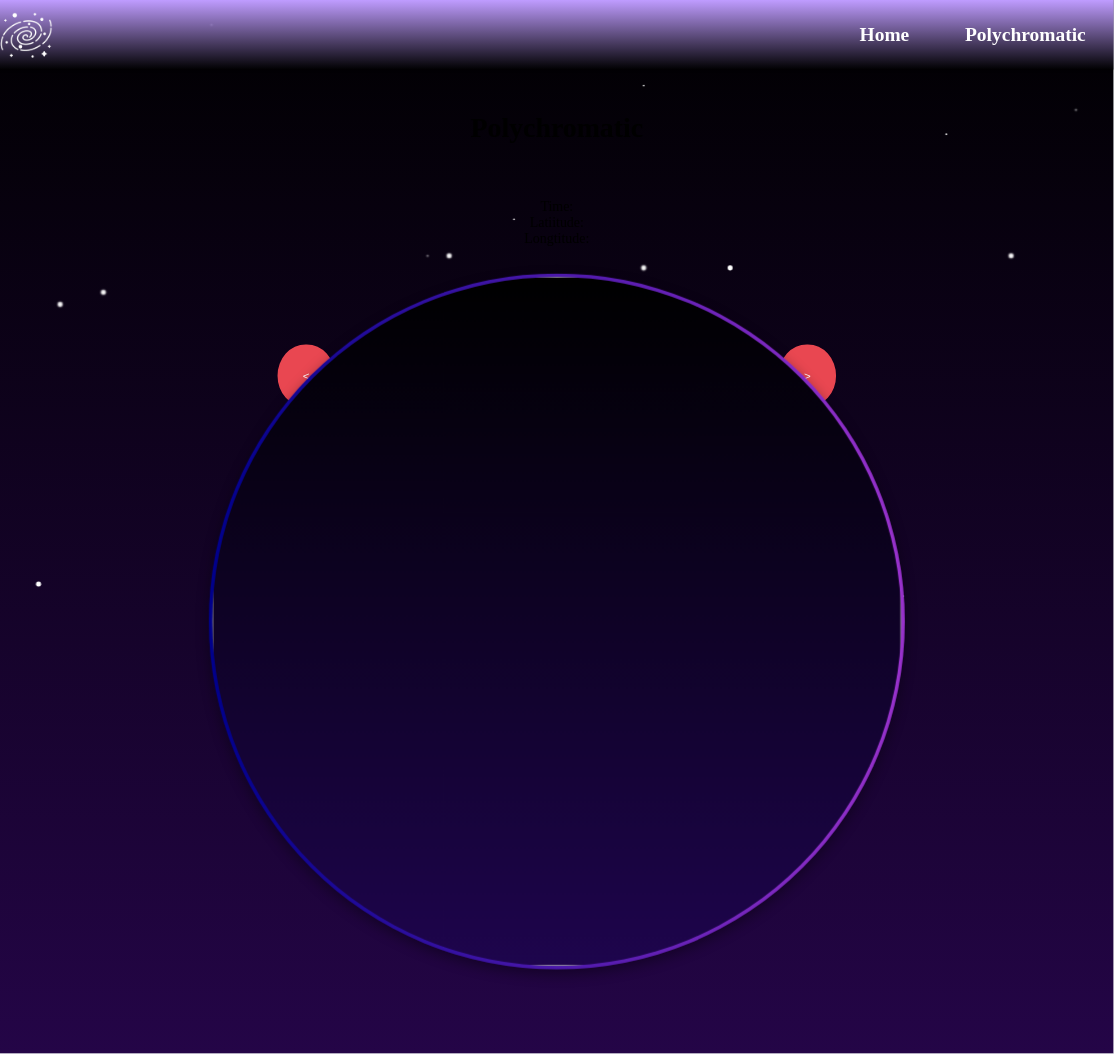
Repository: KayceeNguyen/DAI_W07_NASA
Page: /polychromatic
The author's editor kept a copy of each file at every save. The page is drawn from the files as they stood at one save, then again after the next save.
The browser window is 1280 px wide. The pictures show the whole page, at 87% of full size.
The page's requests for data from a server got no answer. The project was rebuilt for these pictures with package versions that can differ from the ones it lists, and the page was loaded fresh each time. The framework's server and built-in components were replaced by stand-ins that run in the browser. No one was signed in, and anything a server would have sent is missing. Also part of the build but not shown: next.config.js.

Above is the page before, as saved 2023-02-17 01:34:53.

### pages/polychromatic.js
import { useEffect, useState } from "react"
import axios from "axios";
import Image from "next/image";
import styles from '@/styles/Home.module.css'
import HeaderBar from '@/comps/header'
import Galaxy from '@/comps/galaxy'
import Head from 'next/head'

export default function Polychromatic() {

    const [image, setImage] = useState([]);
    const [images, setImages] = useState([]);
    const [time, setTime] = useState([]);
    const [date, setDate] = useState('');
    const [coords, setCoords] = useState({})

    const [active, setActive] = useState(false);

    const [currentIndex, setCurrentIndex] = useState(0);

    const apiKey = "qO706hvtrjKPLwTwuCZ9XYxHnUPvhtQHSM6Ncmu8";
    const url = `https://epic.gsfc.nasa.gov/api/natural?api_key=${apiKey}`

    const getPolychromaticData = async () => {
        const res = await axios.get(url);
        const data = await res.data;
        console.log(data)

        const caption = data[currentIndex].caption;
        const date = data[currentIndex].date.split(" ")[0];


        const date_formatted = date.replaceAll("-","/")
        console.log(date_formatted);

        let times = [];
        let images = [];

    for (let i = 0; i < data.length; i++) {
    let time = data[i].date.split(" ")[1];
    let coords = data[i].centroid_coordinates;
    let imagePath = data[i].image;
    let image = `https://epic.gsfc.nasa.gov/archive/natural/${date_formatted}/png/${imagePath}.png`;

    times.push(time);

    images.push({
        image: image,
        time: time,
        coords: coords,
        caption: caption
    });
}

    setImages(images);
    setTime(times[0]);
    setCoords([images[0].coords.lat, images[0].coords.lon]);
    setImage(images[currentIndex]);

}

    useEffect(() => {
        getPolychromaticData();
    }, [currentIndex]);

    const nextImage = () => {
        setCurrentIndex((currentIndex + 1) % images.length);
    };

    const prevImage = () => {
        setCurrentIndex(
          currentIndex === 0 ? images.length - 1 : currentIndex - 1
        );
    };

    const handleImageLoad = () => {
        setActive(true);
      }

    return(
        <>

        <Head>
          <title>NASA TechPort & EPIC API</title>
          <meta name="description" content="The website showcases NASA's technologies using the TechPort and PIC API and offers daily full disc imagery of the Earth and unique astronomical events. Users can discover the technologies NASA is developing in propulsion, nanotechnology, robotics, and human health while enjoying stunning images of the universe." />
          <meta name="viewport" content="width=device-width, initial-scale=1" />
          <link rel="icon" href="/galaxy.png" />
        </Head>

            <HeaderBar />

            <Galaxy />



            <main className={styles.main}>
                <h1>Polychromatic</h1>
                <div className={styles.arrowContainer}>
                        <button className={styles.arrow} onClick={prevImage}>
                            &lt;
                        </button>
                        <button className={styles.arrow} onClick={nextImage}>
                            &gt;
                        </button>
                    </div>
                <div className={styles.bigEarthContainer}>
                    <div className={styles.bigEarthText}>
                        <div>Time: {image.time}</div>
                        <div>Latiitude: {coords[0]}</div>
                        <div>Longtitude: {coords[1]}</div>
                    </div>

                    <Image
                        src={image.image}
                        alt={image.caption}
                        width={800}
                        height={800}
                        className={`${styles.earthImage} ${active ? styles.active : ''}`}
                        onLoad={handleImageLoad}

                    />

                    {/* <div onClick={nextImage} className={styles.arrow}>
                        {">"}
                    </div> */}

                </div>




                {/* <table>
                    <thead>
                        <tr>
                            <th>Time</th>
                            <th>Latitude</th>
                            <th>Longtitude</th>
                            <th>Image</th>
                            <th></th>
                        </tr>
                    </thead>

                    <tbody>
                        {
                            images.map((e, i) => {
                                return (
                                    <tr key={i}>
                                        <td>{e.time}</td>
                                        <td>{e.coords.lat}</td>
                                        <td>{e.coords.lon}</td>
                                        <td>
                                            <Image
                                                src={e.image}
                                                alt={i}
                                                width={200}
                                                height={200}
                                            />
                                        </td>

                                        <td>
                                            <button onClick={() => {
                                                setImage(e.image)
                                                setTime(e.time)
                                                setCoords([e.coords.lat, e.coords.lon])
                                                console.log(image[i].image)
                                                document.body.scrollIntoView();

                                            }}>View</button>
                                        </td>
                                    </tr>
                                )
                            })
                        }
                    </tbody>
                </table> */}
            </main>
        </>
    )
}

### styles/Home.module.css
.main {
  display: flex;
  flex-direction: column;
  justify-content: space-between;
  align-items: center;
  padding: 6rem;
  min-height: 100vh;
  background: linear-gradient(180deg, rgb(0, 0, 0) 0%, rgb(36, 5, 71) 100%);
  animation: Gradient 10s ease infinite; /* Animate the gradient */
  -webkit-animation: Gradient 8s ease infinite;
	-moz-animation: Gradient 8s ease infinite;
}

@-webkit-keyframes Gradient {
  0%{background-position:0% 50%}
  50%{background-position:100% 50%}
  100%{background-position:0% 50%}
}
@-moz-keyframes Gradient {
  0%{background-position:0% 50%}
  50%{background-position:100% 50%}
  100%{background-position:0% 50%}
}
@keyframes Gradient {
  0%{background-position:0% 50%}
  50%{background-position:100% 50%}
  100%{background-position:0% 50%}
}

.description {
  display: inherit;
  justify-content: inherit;
  align-items: inherit;
  font-size: 0.85rem;
  max-width: var(--max-width);
  width: 100%;
  z-index: 2;
  font-family: var(--font-mono);
}

.description a {
  display: flex;
  justify-content: center;
  align-items: center;
  gap: 0.5rem;
}

.description p {
  position: relative;
  margin: 0;
  padding: 1rem;
  background-color: rgba(var(--callout-rgb), 0.5);
  border: 1px solid rgba(var(--callout-border-rgb), 0.3);
  border-radius: var(--border-radius);
}

.code {
  font-weight: 700;
  font-family: var(--font-mono);
}

.grid {
  display: grid;
  grid-template-columns: repeat(4, minmax(25%, auto));
  width: var(--max-width);
  max-width: 100%;
}

.card {
  padding: 1rem 1.2rem;
  border-radius: var(--border-radius);
  background: rgba(var(--card-rgb), 0);
  border: 1px solid rgba(var(--card-border-rgb), 0);
  transition: background 200ms, border 200ms;
}

.card span {
  display: inline-block;
  transition: transform 200ms;
}

.card h2 {
  font-weight: 600;
  margin-bottom: 0.7rem;
}

.card p {
  margin: 0;
  opacity: 0.6;
  font-size: 0.9rem;
  line-height: 1.5;
  max-width: 30ch;
}

.center {
  display: flex;
  justify-content: center;
  align-items: center;
  position: relative;
  padding: 4rem 0;
}

.center::before {
  background: var(--secondary-glow);
  border-radius: 50%;
  width: 480px;
  height: 360px;
  margin-left: -400px;
}

.center::after {
  background: var(--primary-glow);
  width: 240px;
  height: 180px;
  z-index: -1;
}

.center::before,
.center::after {
  content: '';
  left: 50%;
  position: absolute;
  filter: blur(45px);
  transform: translateZ(0);
}

.logo,
.thirteen {
  position: relative;
}

.thirteen {
  display: flex;
  justify-content: center;
  align-items: center;
  width: 75px;
  height: 75px;
  padding: 25px 10px;
  margin-left: 16px;
  transform: translateZ(0);
  border-radius: var(--border-radius);
  overflow: hidden;
  box-shadow: 0px 2px 8px -1px #0000001a;
}

.thirteen::before,
.thirteen::after {
  content: '';
  position: absolute;
  z-index: -1;
}

/* Conic Gradient Animation */
.thirteen::before {
  animation: 6s rotate linear infinite;
  width: 200%;
  height: 200%;
  background: var(--tile-border);
}

/* Inner Square */
.thirteen::after {
  inset: 0;
  padding: 1px;
  border-radius: var(--border-radius);
  background: linear-gradient(
    to bottom right,
    rgba(var(--tile-start-rgb), 1),
    rgba(var(--tile-end-rgb), 1)
  );
  background-clip: content-box;
}

/* Enable hover only on non-touch devices */
@media (hover: hover) and (pointer: fine) {
  .card:hover {
    background: rgba(var(--card-rgb), 0.1);
    border: 1px solid rgba(var(--card-border-rgb), 0.15);
  }

  .card:hover span {
    transform: translateX(4px);
  }
}

@media (prefers-reduced-motion) {
  .thirteen::before {
    animation: none;
  }

  .card:hover span {
    transform: none;
  }
}

/* Mobile */
@media (max-width: 700px) {
  .content {
    padding: 4rem;
  }

  .grid {
    grid-template-columns: 1fr;
    margin-bottom: 120px;
    max-width: 320px;
    text-align: center;
  }

  .card {
    padding: 1rem 2.5rem;
  }

  .card h2 {
    margin-bottom: 0.5rem;
  }

  .center {
    padding: 8rem 0 6rem;
  }

  .center::before {
    transform: none;
    height: 300px;
  }

  .description {
    font-size: 0.8rem;
  }

  .description a {
    padding: 1rem;
  }

  .description p,
  .description div {
    display: flex;
    justify-content: center;
    position: fixed;
    width: 100%;
  }

  .description p {
    align-items: center;
    inset: 0 0 auto;
    padding: 2rem 1rem 1.4rem;
    border-radius: 0;
    border: none;
    border-bottom: 1px solid rgba(var(--callout-border-rgb), 0.25);
    background: linear-gradient(
      to bottom,
      rgba(var(--background-start-rgb), 1),
      rgba(var(--callout-rgb), 0.5)
    );
    background-clip: padding-box;
    backdrop-filter: blur(24px);
  }

  .description div {
    align-items: flex-end;
    pointer-events: none;
    inset: auto 0 0;
    padding: 2rem;
    height: 200px;
    background: linear-gradient(
      to bottom,
      transparent 0%,
      rgb(var(--background-end-rgb)) 40%
    );
    z-index: 1;
  }
}

/* Tablet and Smaller Desktop */
@media (min-width: 701px) and (max-width: 1120px) {
  .grid {
    grid-template-columns: repeat(2, 50%);
  }
}

@media (prefers-color-scheme: dark) {
  .vercelLogo {
    filter: invert(1);
  }

  .logo,
  .thirteen img {
    filter: invert(1) drop-shadow(0 0 0.3rem #ffffff70);
  }
}

@keyframes rotate {
  from {
    transform: rotate(360deg);
  }
  to {
    transform: rotate(0deg);
  }
}






/**************** HEADER STYLING ****************/



.header {
  position: fixed;
  z-index: 1;
  width: 100vw;
  display: flex;
  justify-content: center;
  align-items: center;
  height: 5rem;
  background: linear-gradient(180deg, rgb(191, 156, 255) 0%, rgba(0, 0, 0, 0.5) 100%);
  box-shadow: 0 2px 4px rgba(0, 0, 0, 0.1);
}

.headerIcon {
  filter: brightness(0) invert(1);
}

.nav {
  display: flex;
  justify-content: space-between;
  align-items: center;
  width: 100%;
  max-width: 80rem;
}

.navList {
  display: flex;
  list-style: none;
  margin: 0;
  padding: 0;
}

.navItem {
  margin-right: 2rem;
  margin-left: 2em;
}

/* .navItem > a > div.navLink:active {
  text-decoration: underline;
} */

.navLink {
  font-size: 1.4rem;
  font-weight: 600;
  color: #ffffff;
  text-decoration: none;
  transition: color 0.2s;
}

.navLink:hover {
  color: #fff644;
}




/**************** MAIN STYLING ****************/




.main {
  display: flex;
  flex-direction: column;
  justify-content: center;
  align-items: center;
  justify-items: center;
}




.main > h1 {
  padding: 1em 2em 2em 2em;
}

.bigCont {
  text-align: center;
}


/**************** CAROUSEL STYLING ****************/


.carousel {
  display: flex;
  justify-content: center;
  align-items: center;
  width: 100%;
  max-width: 800px;
  margin: 0 auto;
}

.carouselArrow {
  font-size: 2rem;
  color: rgb(255, 255, 255);
  cursor: pointer;
  background-color:transparent;
  border: 2px solid rgb(255, 255, 255, 1);
  width: 50px;
  height: 50px;
  border-radius: 50%;
  display: inline-flex;
  align-items: center;
  justify-content: center;
}

.carouselArrow:hover {
  color: rgb(31, 0, 54);
  box-shadow: 0 4px 6px rgba(255, 255, 255, 0.6);
  background-color:rgba(255, 255, 255, 0.8) ;
  transition: all 0.2s ease;
}

.carouselArrow:hover:after {
  left: 0;
  width: 100%;
}

.carouselArrow:active {
  top: 20px;
}

.carouselImageContainer {
  margin: 0 2rem;
  width: 400px;
  height: 400px;
  position: relative;
}

.carouselImageContainer img {
  position: absolute;
  top: 0;
  left: 0;
  width: 100%;
  height: 100%;
  object-fit: contain;
}

.imageCont {
  position: absolute;
  top: 0;
  opacity: 0.4;
  width: 100%;
  height: 100%;
  transition: opacity 1.5s ease;
}

.imageCont.active {
  opacity: 1;
}


/* @keyframes slide {
  100% { left: 0; }
}

@keyframes slide-in {
  100% { transform: translateX(0%); }
}

@-webkit-keyframes slide-in {
  100% { -webkit-transform: translateX(0%); }
}

@keyframes slide-out {
  0% { transform: translateX(0%); }
  100% { transform: translateX(-100%); }
}

@-webkit-keyframes slide-out {
  0% { -webkit-transform: translateX(0%); }
  100% { -webkit-transform: translateX(-100%); }
} */


/**************** GALAXY BG STYLING ****************/




.galaxyCont {
  width: 100vw;
  height: 100%;
  display: flex;
  justify-content: center;
  align-items: center;
}


.galaxy {

  position: fixed;
  height: 1px;
  width: 1px;
  background-color: #fff;
  border-radius: 50%;
  box-shadow: -42vw -4vh 0px 0px #fff,25vw -41vh 0px 0px #fff,-20vw 49vh 0px 1px #fff,5vw 40vh 1px 1px #fff,29vw 19vh 1px 0px #fff,-44vw -13vh 0px 0px #fff,46vw 41vh 0px 1px #fff,-3vw -45vh 0px 1px #fff,47vw 35vh 1px 0px #fff,12vw -8vh 1px 0px #fff,-34vw 48vh 1px 1px #fff,32vw 26vh 1px 1px #fff,32vw -41vh 1px 1px #fff,0vw 37vh 1px 1px #fff,34vw -26vh 1px 0px #fff,-14vw -49vh 1px 0px #fff,-12vw 45vh 0px 1px #fff,-44vw -33vh 0px 1px #fff,-13vw 41vh 0px 0px #fff,-36vw -11vh 0px 1px #fff,-23vw -24vh 1px 0px #fff,-38vw -27vh 0px 1px #fff,16vw -19vh 0px 0px #fff,28vw 33vh 1px 0px #fff,-49vw -4vh 0px 0px #fff,16vw 32vh 0px 1px #fff,36vw -18vh 1px 0px #fff,-25vw -30vh 1px 0px #fff,-23vw 24vh 0px 1px #fff,-2vw -35vh 1px 1px #fff,-25vw 9vh 0px 0px #fff,-15vw -34vh 0px 0px #fff,-8vw -19vh 1px 0px #fff,-20vw -20vh 1px 1px #fff,42vw 50vh 0px 1px #fff,-32vw 10vh 1px 0px #fff,-23vw -17vh 0px 0px #fff,44vw 15vh 1px 0px #fff,-40vw 33vh 1px 1px #fff,-43vw 8vh 0px 0px #fff,-48vw -15vh 1px 1px #fff,-24vw 17vh 0px 0px #fff,-31vw 50vh 1px 0px #fff,36vw -38vh 0px 1px #fff,-7vw 48vh 0px 0px #fff,15vw -32vh 0px 0px #fff,29vw -41vh 0px 0px #fff,2vw 37vh 1px 0px #fff,7vw -40vh 1px 1px #fff,15vw 18vh 0px 0px #fff,25vw -13vh 1px 1px #fff,-46vw -12vh 1px 1px #fff,-18vw 22vh 0px 0px #fff,23vw -9vh 1px 0px #fff,50vw 12vh 0px 1px #fff,45vw 2vh 0px 0px #fff,14vw -48vh 1px 0px #fff,23vw 43vh 0px 1px #fff,-40vw 16vh 1px 1px #fff,20vw -31vh 0px 1px #fff,-17vw 44vh 1px 1px #fff,18vw -45vh 0px 0px #fff,33vw -6vh 0px 0px #fff,0vw 7vh 0px 1px #fff,-10vw -18vh 0px 1px #fff,-19vw 5vh 1px 0px #fff,1vw 42vh 0px 0px #fff,22vw 48vh 0px 1px #fff,39vw -8vh 1px 1px #fff,-6vw -42vh 1px 0px #fff,-47vw 34vh 0px 0px #fff,-46vw 19vh 0px 1px #fff,-12vw -32vh 0px 0px #fff,-45vw -38vh 0px 1px #fff,-28vw 18vh 1px 0px #fff,-38vw -46vh 1px 1px #fff,49vw -6vh 1px 1px #fff,-28vw 18vh 1px 1px #fff,10vw -24vh 0px 1px #fff,-5vw -11vh 1px 1px #fff,33vw -8vh 1px 0px #fff,-16vw 17vh 0px 0px #fff,18vw 27vh 0px 1px #fff,-8vw -10vh 1px 1px #fff;

/* stars were too big with the layers above but left the code in case no one cares  -- as in, if noone's just that  one other loner who actually cares    */

  box-shadow: 24vw 9vh 1px 0px #fff,12vw -24vh 0px 1px #fff,-45vw -22vh 0px 0px #fff,-37vw -40vh 0px 1px #fff,29vw 19vh 0px 1px #fff,4vw -8vh 0px 1px #fff,-5vw 21vh 1px 1px #fff,-27vw 26vh 1px 1px #fff,-47vw -3vh 1px 1px #fff,-28vw -30vh 0px 1px #fff,-43vw -27vh 0px 1px #fff,4vw 22vh 1px 1px #fff,36vw 23vh 0px 0px #fff,-21vw 24vh 1px 1px #fff,-16vw 2vh 1px 0px #fff,-16vw -6vh 0px 0px #fff,5vw 26vh 0px 0px #fff,-34vw 41vh 0px 0px #fff,1vw 42vh 1px 1px #fff,11vw -13vh 1px 1px #fff,48vw -8vh 1px 0px #fff,22vw -15vh 0px 0px #fff,45vw 49vh 0px 0px #fff,43vw -27vh 1px 1px #fff,20vw -2vh 0px 0px #fff,8vw 22vh 0px 1px #fff,39vw 48vh 1px 1px #fff,-21vw -11vh 0px 1px #fff,-40vw 45vh 0px 1px #fff,11vw -30vh 1px 0px #fff,26vw 30vh 1px 0px #fff,45vw -29vh 0px 1px #fff,-2vw 18vh 0px 0px #fff,-29vw -45vh 1px 0px #fff,-7vw -27vh 1px 1px #fff,42vw 24vh 0px 0px #fff,45vw -48vh 1px 0px #fff,-36vw -18vh 0px 0px #fff,-44vw 13vh 0px 1px #fff,36vw 16vh 0px 1px #fff,40vw 24vh 0px 0px #fff,18vw 11vh 0px 0px #fff,-15vw -23vh 1px 0px #fff,-24vw 48vh 0px 1px #fff,27vw -45vh 1px 0px #fff,-2vw -24vh 0px 1px #fff,-15vw -28vh 0px 0px #fff,-43vw 13vh 1px 0px #fff,7vw 27vh 1px 0px #fff,47vw 5vh 0px 0px #fff,-45vw 15vh 1px 1px #fff,-5vw -28vh 0px 1px #fff,38vw 25vh 1px 1px #fff,-39vw -1vh 1px 0px #fff,5vw 0vh 1px 0px #fff,49vw 13vh 0px 0px #fff,48vw 10vh 0px 1px #fff,19vw -28vh 0px 0px #fff,4vw 7vh 0px 0px #fff,21vw 21vh 1px 1px #fff,-15vw -15vh 0px 1px #fff,-6vw -42vh 1px 0px #fff,-15vw 48vh 1px 1px #fff,-23vw 25vh 1px 1px #fff,-48vw 25vh 0px 1px #fff,-31vw -19vh 0px 1px #fff,4vw 37vh 1px 1px #fff,-43vw 28vh 0px 0px #fff,3vw -25vh 0px 1px #fff,-39vw 14vh 0px 1px #fff,-40vw 31vh 0px 1px #fff,35vw -36vh 1px 1px #fff,16vw 49vh 0px 0px #fff,6vw 39vh 0px 0px #fff,3vw -35vh 0px 1px #fff,-44vw -2vh 1px 0px #fff,-6vw 21vh 1px 0px #fff,48vw 9vh 1px 1px #fff,-43vw 30vh 1px 1px #fff,29vw -12vh 1px 1px #fff,-48vw 13vh 1px 0px #fff,-42vw 32vh 1px 1px #fff,34vw 15vh 1px 1px #fff,29vw -37vh 1px 1px #fff,28vw 2vh 0px 0px #fff;
  animation: zoom 8s alternate infinite, blink-animation 2s steps(5, start) infinite;
}

@keyframes zoom {
    0%{
        transform: scale(1);
    }
    100%{
        transform: scale(2);
    }
}

@keyframes blink-animation {
  to {
    visibility: hidden;
  }
}
@-webkit-keyframes blink-animation {
  to {
    visibility: hidden;
  }
}




/**************** GALAXY BG STYLING ****************/


.bigEarthText {
  display: flex;
  flex-direction: column;
  align-items: center;
}









/* styles for the spinning animation */
@keyframes spin {
  from {
    transform: rotateY(0deg);
    opacity: 1;
  }
  to {
    transform: rotateY(360deg);
    opacity: 1;
  }
}


/* styles for the main section with the big Earth image */
.bigEarthContainer {
  display: flex;
  flex-direction: column;
  align-items: center;
  justify-content: center;
  position: relative;
}

/* styles for the previous/next arrow buttons */
.arrowContainer {
  position: absolute;
  top: 60%;
  transform: translateY(-50%);
  display: flex;
  justify-content: space-between;
  width: 100%;
  padding: 4rem;
  box-sizing: border-box;
}

.arrow {
  padding: 2em;
  z-index: 1;
  background-color:#E94751;
  color:#fff;
  border-radius:50%;
  margin: auto;
  border:2px solid #E94751;
  cursor: pointer;
  visibility: visible;
}

.arrow:hover {
  transform:scale(1.05);
  background-color:transparent;
  color:#E94751;
  border:2px solid #E94751;
}



.earthImage {
  width: 800px;
  height: 800px;
  object-fit: cover;

  /* opacity: 0.4; */
  /* animation: spin 10s ease-in-out; */
  /* opacity: 0; */

  border-radius: 50%;
  background: linear-gradient(rgb(0, 0, 0), rgb(30, 5, 77)) padding-box,
              linear-gradient(to right, darkblue, darkorchid) border-box;
  border: 4px solid transparent;
  /* transition: opacity 4s ease; */

  animation: float 6s ease-in-out infinite;
}

@keyframes float {
	0% {
		box-shadow: 0 5px 15px 0px rgba(0,0,0,0.4);
		transform: translatey(0px);
	}
  50% {
		box-shadow: 0 25px 15px 0px rgba(0,0,0,0.1);
		transform: translatey(-20px);
	}
  100% {
		box-shadow: 0 5px 15px 0px rgba(0,0,0,0.4);
		transform: translatey(0px);
	}
}

/* styles for the image that shows the Earth */
.earthImage.active {
    opacity: 1;
}


/* @keyframes opacity {
  from {
    opacity: 0.5;
  }
  to {
    opacity: 1;
  }
} */

.bigEarthText {
  padding-bottom: 2em;
}

### comps/header.js
import Link from 'next/link';
import styles from '@/styles/Home.module.css';

const HeaderBar = () => {
  return (
    <header className={styles.header}>
      <nav className={styles.nav}>
      <img
        className={styles.headerIcon}
        src="/galaxy-header.png"
        width="60px"
        onClick={
            ()=>r.push("/")}
        />
        <ul className={styles.navList}>
          <li className={styles.navItem}>
            <a href="/">
              <div className={styles.navLink}>Home</div>
            </a>
          </li>
          <li className={styles.navItem}>
            <a href="/polychromatic">
              <div className={styles.navLink}>Polychromatic</div>
            </a>
          </li>
        </ul>
      </nav>
    </header>
  );
};

export default HeaderBar;

### comps/galaxy.js
import styles from '@/styles/Home.module.css'

export default function Galaxy() {
    return (
        <div className={styles.galaxyCont}>
            <div className={styles.galaxy}></div>
        </div>
    )
}

Loaded but not shown: pages/_app.js (common file); pages/_document.js (common file); styles/globals.css (common file)

After the next save:
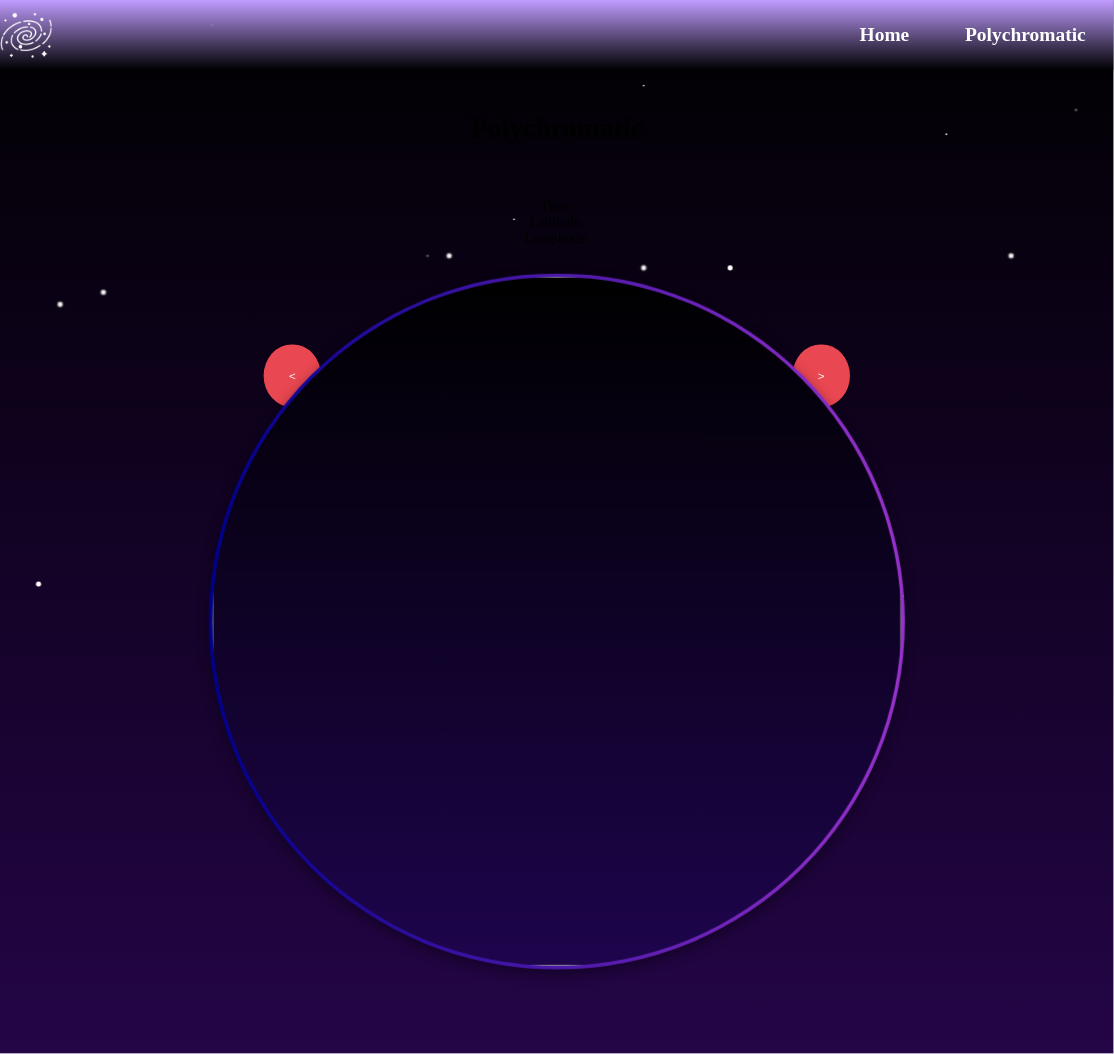
Saved 15 s later.
--- a/styles/Home.module.css
+++ b/styles/Home.module.css
@@ -580,7 +580,7 @@
   display: flex;
   justify-content: space-between;
   width: 100%;
-  padding: 4rem;
+  padding: 2rem;
   box-sizing: border-box;
 }
 
